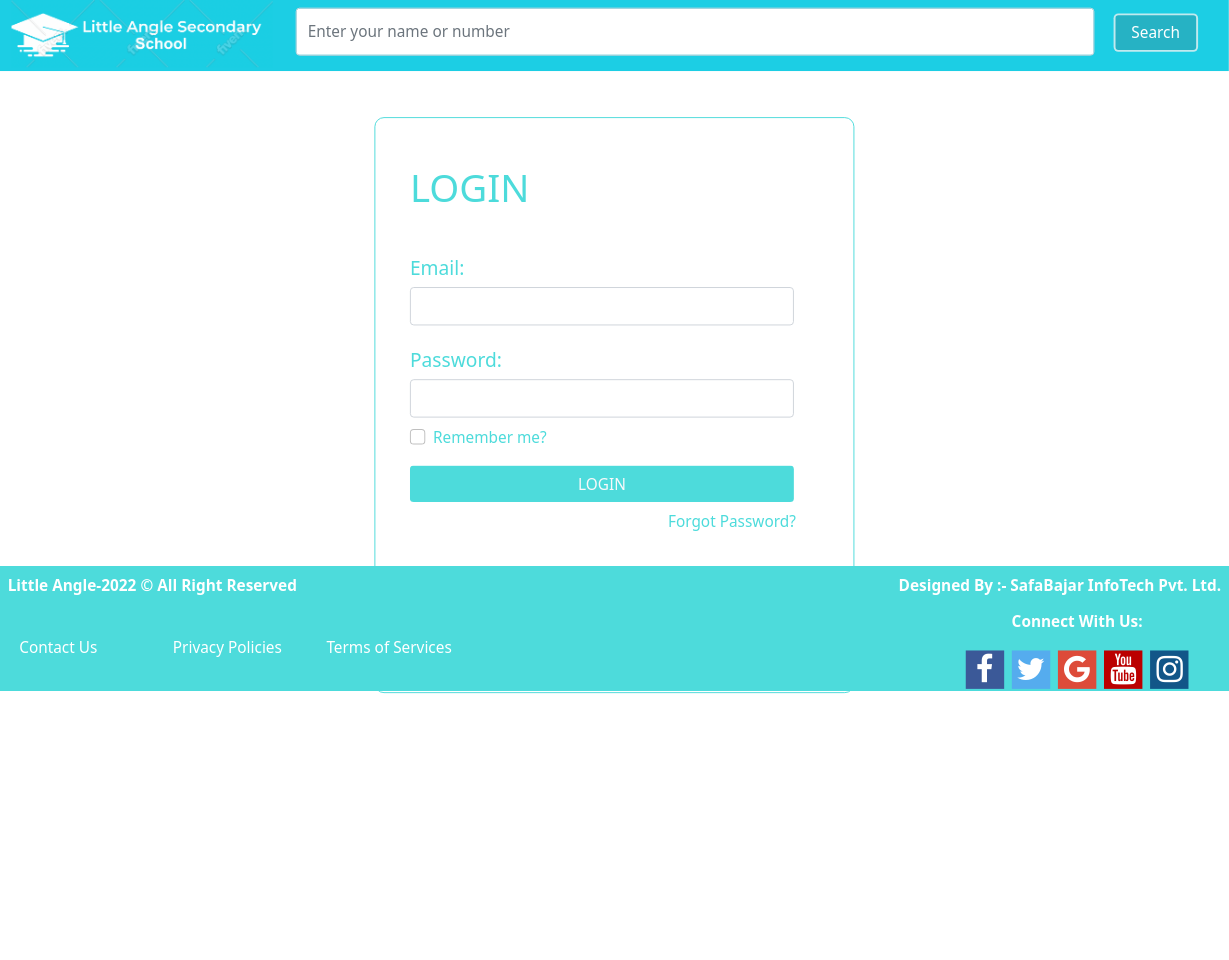
Repository: Sjuicyy/School-Project
Page: login.html
An editor plug-in stored every save of this project. The page is shown before and after a run of saves, followed by the edit.
The browser window is 1280 px wide. The pictures show the whole page, at 96% of full size.

Above is the page before, as saved 2022-09-17 13:11:59.

After the next 5 saves:
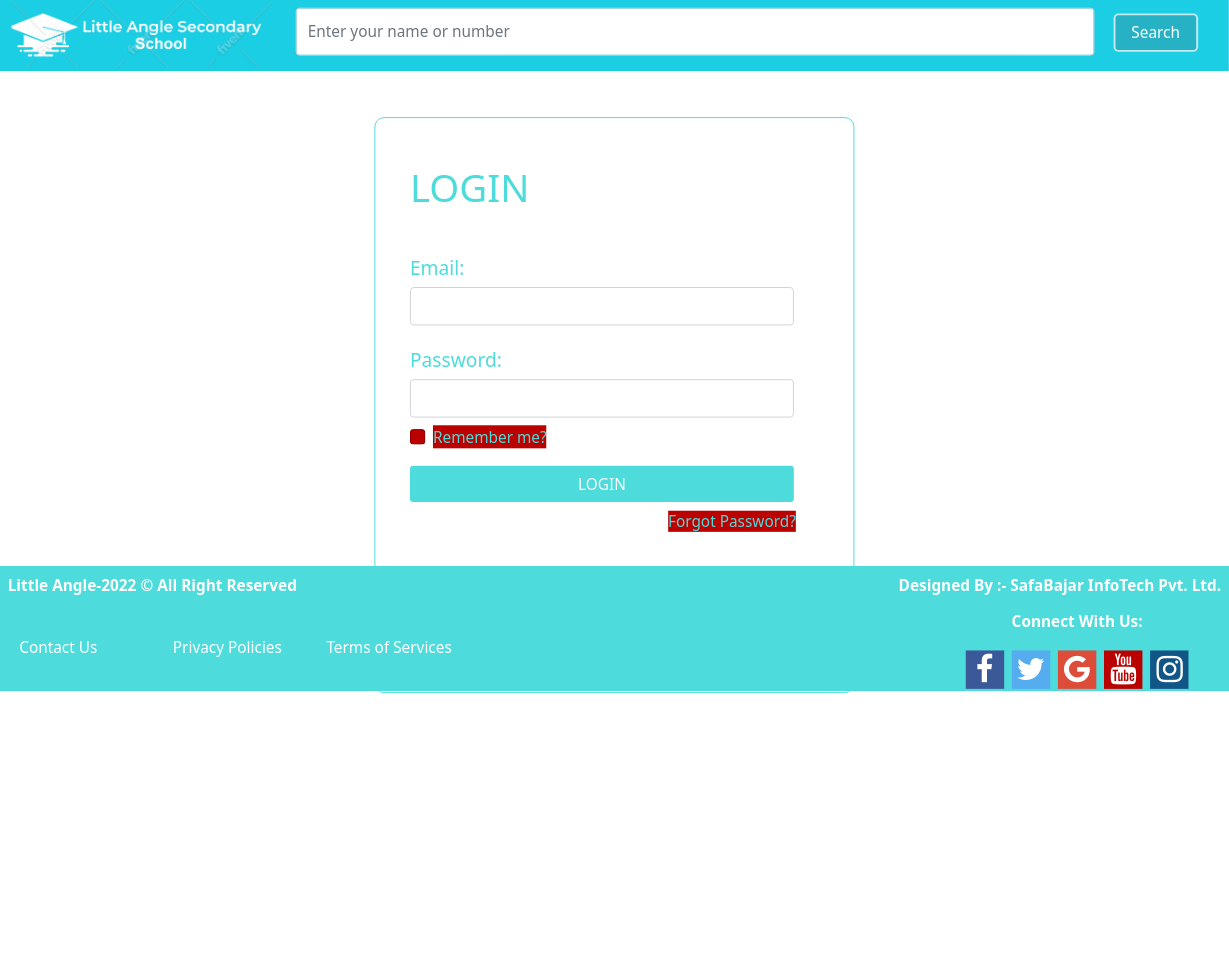
The 5 saves are shown as one change because they came seconds apart.
The last was saved 13 s later.
--- a/login.html
+++ b/login.html
@@ -127,7 +127,8 @@
         }
         .a{
             text-decoration: none;
-            color: rgb(77, 219, 219);\
+            color: rgb(77, 219, 219);
+            background-color: #bb0000;
         }
     </style>
     <title>Little Angle School</title>

After the 2 saves that followed:
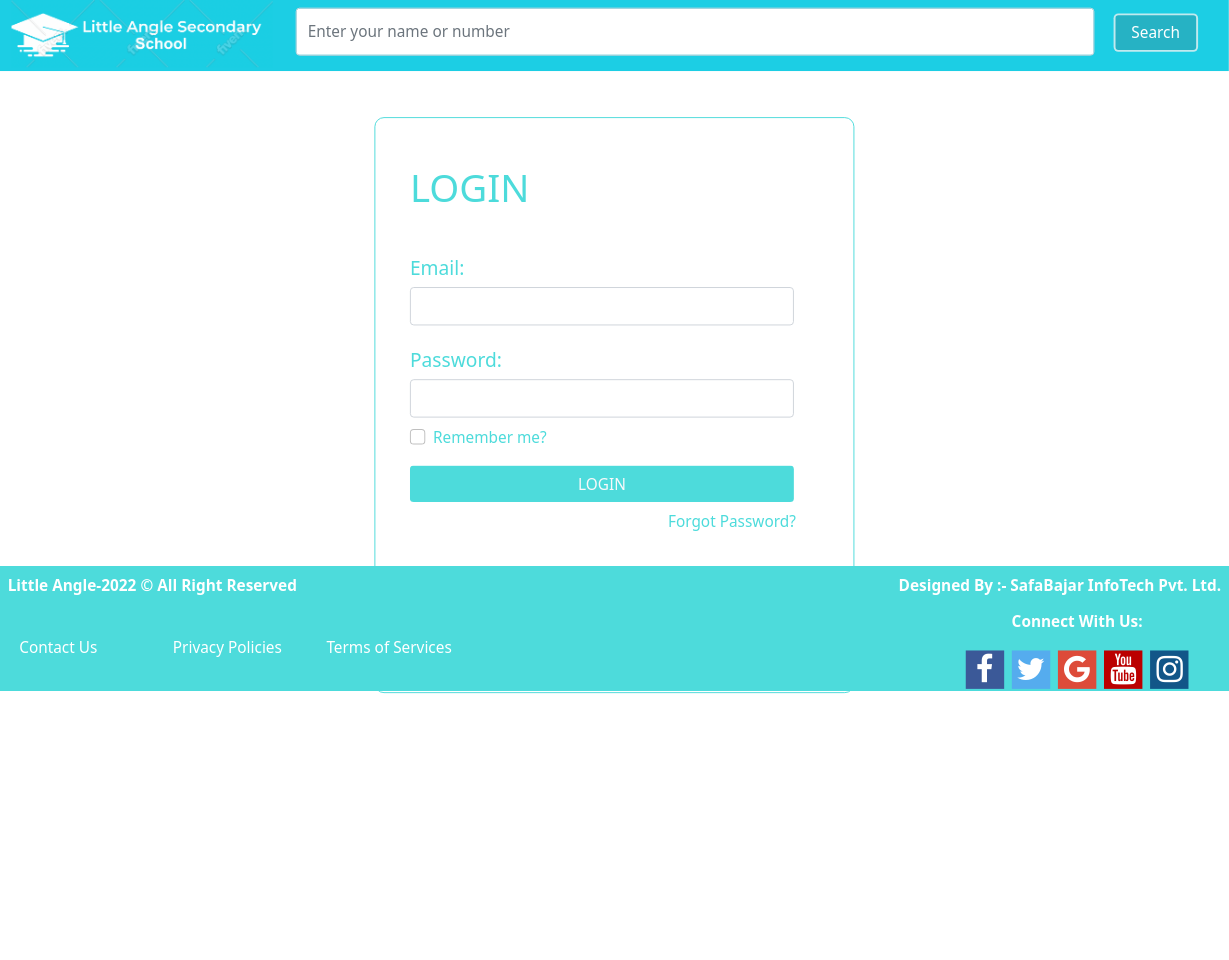
The 2 saves are shown as one change because they came seconds apart.
The last was saved 12 s later.
--- a/login.html
+++ b/login.html
@@ -128,7 +128,6 @@
         .a{
             text-decoration: none;
             color: rgb(77, 219, 219);
-            background-color: #bb0000;
         }
     </style>
     <title>Little Angle School</title>
